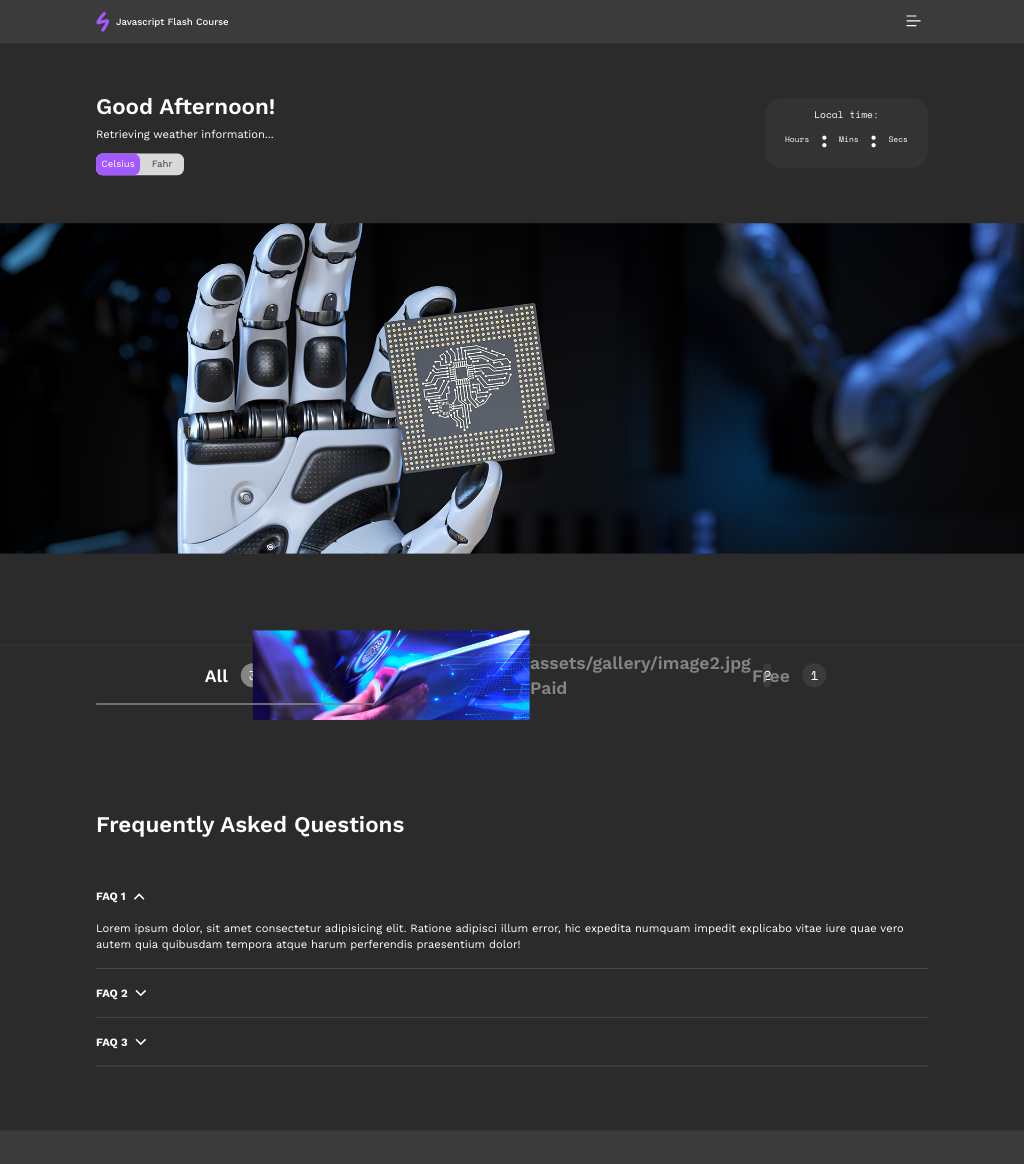
Repository: GettieSirma/JAVASCRIPT-TEST
Page: index.html
An editor plug-in stored every save of this project. The page is shown before and after a run of saves, followed by the edit.
The browser window is 1280 px wide. The pictures show the whole page, at 80% of full size.

Above is the page before, as saved 2024-04-24 11:33:49.
Not found: main.js

After the next 2 saves:
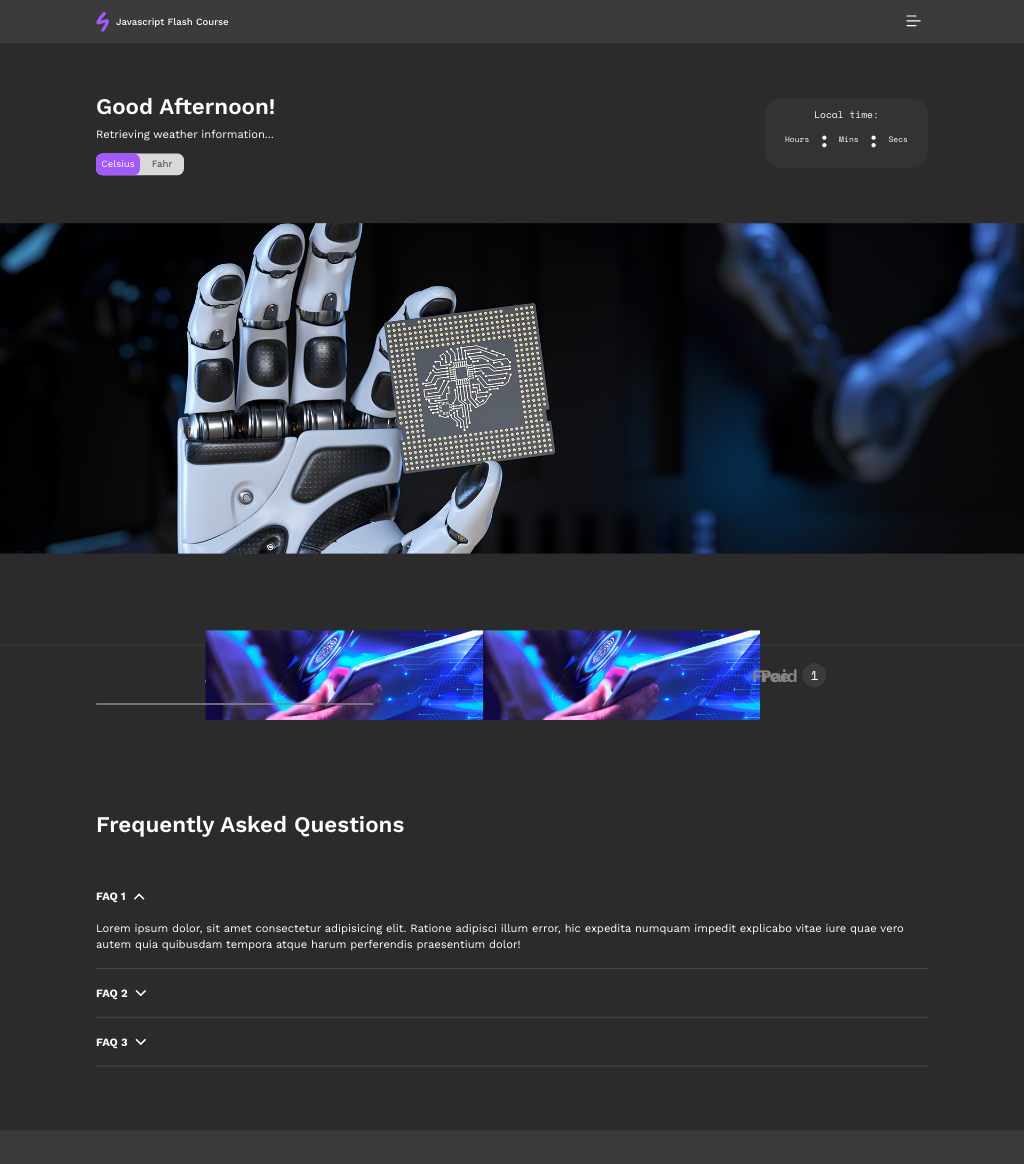
The 2 saves are shown as one change because they came seconds apart.
The last was saved 8 s later.
--- a/index.html
+++ b/index.html
@@ -162,7 +162,7 @@
                 <input type="radio" id="paid" name="products" />
                 <label for="paid">
                   <img src="assets/gallery/image2.jpg" alt="">
-                  assets/gallery/image2.jpg
+                  <img src="assets/gallery/image2.jpg" alt="">
             Paid
             <span class="product-amount">2</span>
           </label>
